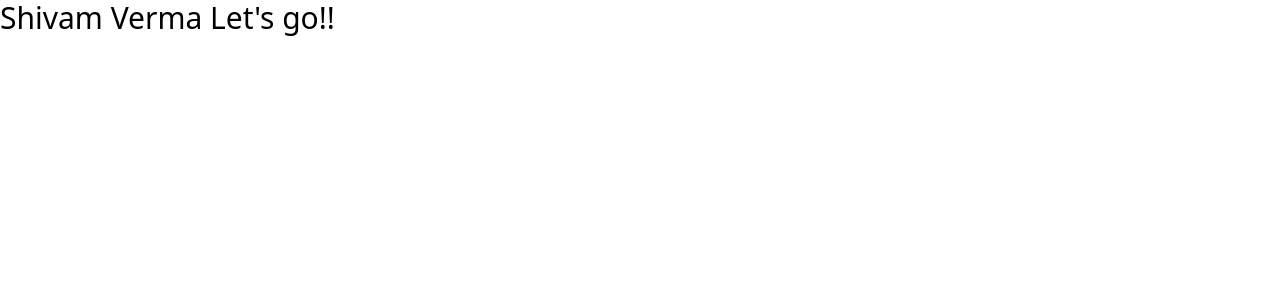
Repository: shivamv97/netflix_gpt
Page: /
These files come from the project's save history. The page is drawn as it stood at one moment and after the next save; the edit follows.
The browser window is 1280 px wide. The pictures show the whole page.
The project was rebuilt for these pictures with package versions that can differ from the ones it lists, and the page was loaded fresh each time. Also part of the build but not shown: src/App.css.

Above is the page before, as saved 2024-11-15 01:53:18.

### src/App.js
import "./App.css";

function App() {
  return <div className="text-3xl">Shivam Verma Let's go!!</div>;
}

export default App;

Loaded but not shown: public/index.html (common file); src/index.js (common file); src/index.css (common file); src/reportWebVitals.js (common file); tailwind.config.js (common file)

After the next save:
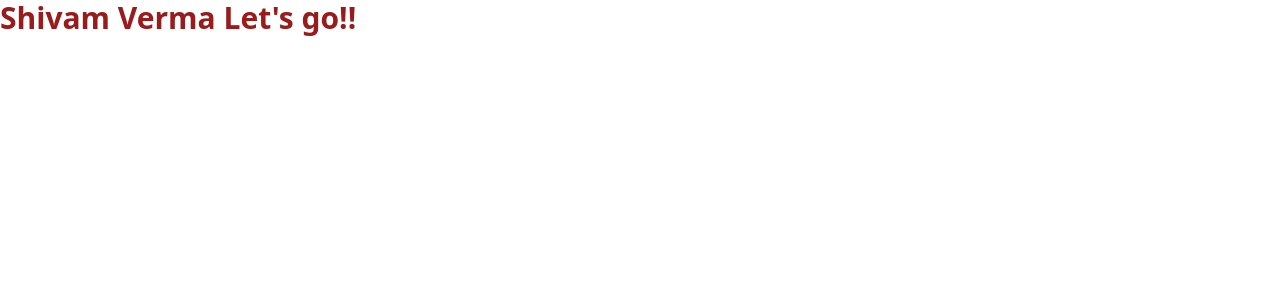
Saved 91 s later.
--- a/src/App.js
+++ b/src/App.js
@@ -1,7 +1,11 @@
 import "./App.css";
 
 function App() {
-  return <div className="text-3xl">Shivam Verma Let's go!!</div>;
+  return (
+    <div className="text-3xl font-bold text-red-800">
+      Shivam Verma Let's go!!
+    </div>
+  );
 }
 
 export default App;
